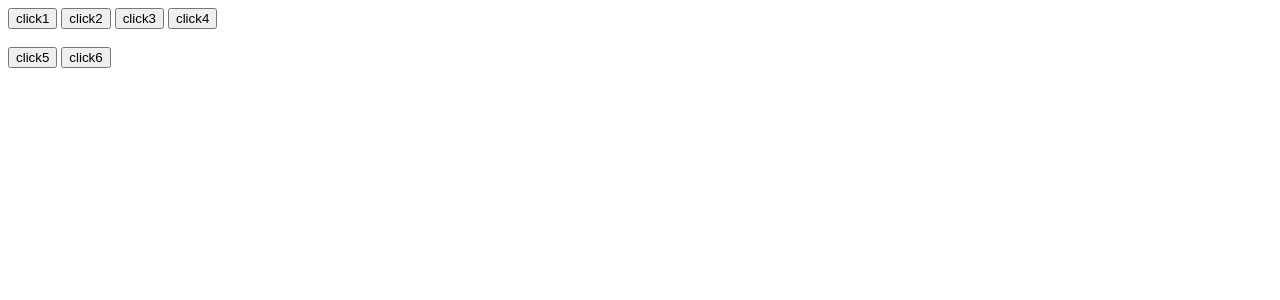
Repository: yhj4130/JsonStudy
Page: JsonApp01/WebContent/JsonTest08.html
The author's editor kept a copy of each file at every save. The page is drawn from the files as they stood at one save, then again after the next save.
The browser window is 1280 px wide. The pictures show the whole page.

Above is the page before, as saved 2019-05-31 06:30:14.

### JsonApp01/WebContent/JsonTest08.html
<script type="text/javascript">

	var obj4 =
	{
		"test" : null
	}

</script>

<form>

	<input type="button" value="click1" onclick="alert(obj4)">
	<input type="button" value="click2" onclick="alert(typeof obj4)">

	<input type="button" value="click3" onclick="alert(obj4.test)">
	<!-- null -->
	<input type="button" value="click4" onclick="alert(typeof obj4.test)">
	<!-- object -->

	<br><br>

	<input type="button" value="click5" onclick="obj4.test=false; alert(obj4.test);">
	<!-- false -->
	<input type="button" value="click6" onclick="obj4.test=false; alert(typeof obj4.test);">
	<!-- boolean -->

</form>

After the next save:
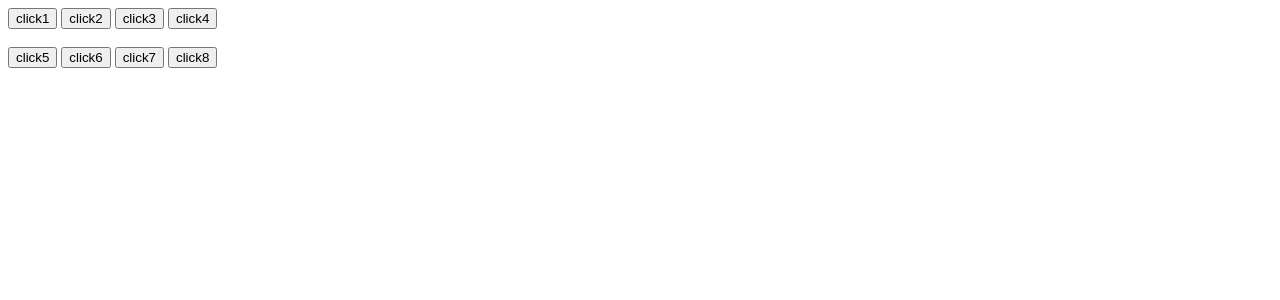
Saved 48 s later.
--- a/JsonApp01/WebContent/JsonTest08.html
+++ b/JsonApp01/WebContent/JsonTest08.html
@@ -24,4 +24,9 @@
 	<input type="button" value="click6" onclick="obj4.test=false; alert(typeof obj4.test);">
 	<!-- boolean -->
 
+	<input type="button" value="click7" onclick="obj4.test=123; alert(obj4.test);">
+	<!--  -->
+	<input type="button" value="click8" onclick="obj4.test=123; alert(typeof obj4.test);">
+	<!--  -->
+
 </form>
